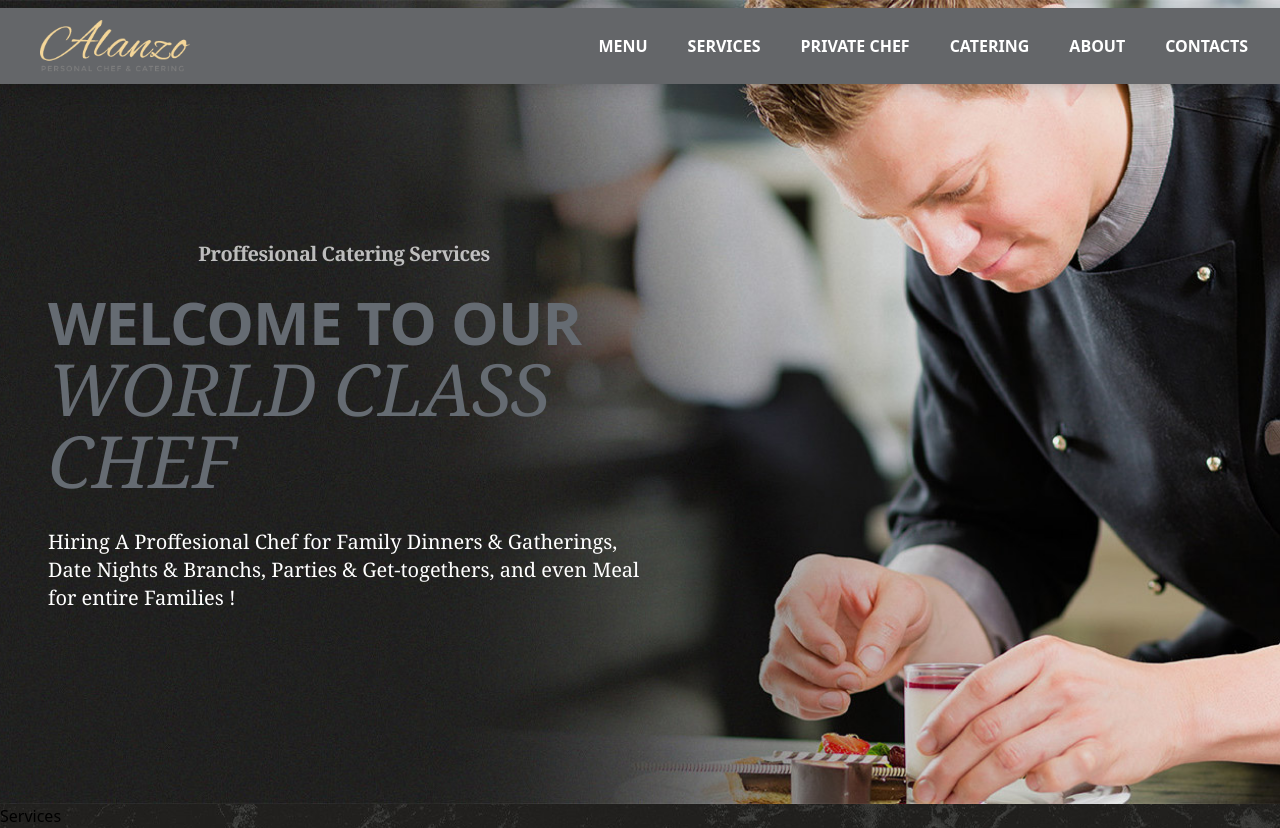
Repository: remydev47/alanzo
Page: /
An editor plug-in stored every save of this project. The page is shown before and after the next save, followed by the edit.
The browser window is 1280 px wide. The pictures show the whole page.
The project was rebuilt for these pictures with package versions that can differ from the ones it lists, and the page was loaded fresh each time. The framework's server and built-in components were replaced by stand-ins that run in the browser. Also part of the build but not shown: next.config.js, components/Aboutus.tsx, components/Consulting.tsx, components/Catering.tsx, components/Menu.tsx, components/Testimonials.tsx, components/CTA.tsx, components/Footer.tsx.

Above is the page before, as saved 2022-12-17 11:24:29.

### pages/_app.tsx
import '../styles/globals.css'
import type { AppProps } from 'next/app'
import Navbar from '../components/Navbar'

function MyApp({ Component, pageProps }: AppProps) {
  return (
    <>
      <Navbar />
      <Component {...pageProps} />
    </>
  )
}

export default MyApp

### pages/index.tsx
import type { NextPage } from 'next'
import Head from 'next/head'
import Image from 'next/image'
import { Hero, Services } from '../components'


const Home: NextPage = () => {
  return (
    <div className="bg-[url('/images/bg_2.jpg')]">
      <Head>
        <title>Avantos</title>
        <link rel="icon" href="/favicon.ico" />
      </Head>
      <Hero />
      <Services />

    </div>
  )
}

export default Home

### components/Navbar.tsx
import React from 'react';
import { navLinks } from '../constants';
import Menupopover from './Menupopover';
import Image from 'next/image';
import Logo from './Logo';
import { Button } from './Button';

const Navbar = () => {
  return (
    <header className="fixed inset-x-0 bg-[#646669] z-20 flex justify-between items-center py-2 px-2 shadow-lg dark:bg-slate-900 sm:py-3 sm:px-8 mt-2">
            <div className='flex grow-0 basis-1/3 md:hidden'>
                <Menupopover />
            </div>

             <div className='flex grow-0 ml-2 justify-center md:justify-start'>
                <Logo />

            </div>


            <ul className="list-none sm:flex hidden justify-end items-center flex-1">
            {navLinks.map((nav, index) => (
                <li
                key={nav.id}
                className={`font-bold cursor-pointer text-[16px]
                   ${index === navLinks.length - 1 ? 'mr-0' : 'mr-10'}
                  text-white `}
                >
                    <a>{nav.title}</a>
                </li>
            ))}
           </ul>


        </header>
  )
}

export default Navbar

### components/index.ts
import Hero from "./Hero";
import Services from "./Services";
import Aboutus from "./Aboutus";
import Consulting from "./Consulting";
import Catering from "./Catering";
import Menu from "./Menu";
import Testimonials from "./Testimonials";
import CTA from "./CTA";
import Footer from "./Footer";

export {
    Hero, Services, CTA, Catering, Consulting, Footer, Menu, Aboutus, Testimonials
}

### constants/index.ts
export const navLinks =[
    {
        id:"menu",
        title:"MENU",
    },
    {
        id:"services",
        title:"SERVICES",
    },
    {
        id:"privatechef",
        title:"PRIVATE CHEF",
    },
    {
        id:"catering",
        title:"CATERING",
    },
    {
        id:"aboutus",
        title:"ABOUT",
    },
    {
        id:"contacts",
        title:"CONTACTS",
    },
]

### components/Menupopover.tsx
import React, {useState, Fragment} from 'react';
import { navLinks } from '../constants';
import { IconButton, Button } from './Button';
import { Transition, Dialog } from '@headlessui/react';
import Logo from './Logo';
import Image from 'next/image';

const Menupopover = () => {
  const [isOpen, setIsOpen] = useState(false)

  return (
    <div>
    <IconButton
      variant='ghost'
      aria-label='menu'
      onClick={() => setIsOpen(!isOpen)}
    >
      <svg className='w-6 h-6 ' fill='none' stroke='currentColor'>
        <path
          strokeLinecap='round'
          strokeLinejoin='round'
          strokeWidth={2}
          d='M4 6h16M4 12h16M4 18h16'
        />
      </svg>
    </IconButton>
    <Transition
      show={isOpen}
      appear
      as={Fragment}
      enter='transform transition ease-in-out duration-300'
      enterFrom='-translate-x-full'
      enterTo='translate-x-0'
      leave='transform transition ease-in-out duration-300 delay-200'
      leaveFrom='translate-x-0'
      leaveTo='-translate-x-full'
     >
     <Dialog
       as='div'
       className={`fixed inset-0 z-50`}
       onClose={setIsOpen}
       open={isOpen}
       >
       <Transition.Child
         as={Fragment}
         enter='ease-out duration-300 delay-300'
         enterFrom='opacity-0'
         enterTo='opacity-100'
         leave='ease-in duration-200'
         leaveFrom='opacity-100'
         leaveTo='opacity-0'
       >

        <Dialog.Overlay
          className={`fixed inset-0 bg-black/20 backdrop-blur-sm dark:bg-gray-900/80`}
         />
      </Transition.Child>
       <div className={styles.dialogcontainer}>
        <a className='mx-auto mt-4 flex w-[140px] '>
          <Logo />
        </a>
        <ul
            className={styles.navWrapper2}
         >
            {navLinks.map((nav, index) => (
                <li
                 key={nav.id}
                 className={` font-bold cursor-pointer text-[16px]
                  mt-2 border-t border-slate-200 py-4 dark:border-slate-600
                  ${index === navLinks.length - 1 ? 'mr-0' : 'mb-4'}
                  text-white `}
                >
                 <a href={`#${nav.id}`}>
                    {nav.title}
                 </a>
                </li>
             ))}
         </ul>

        <IconButton
          variant='ghost'
          aria-label='close menu'
          className='absolute top-5 right-5'
          onClick={() => setIsOpen(false)}
        >
          <svg
            viewBox='0 0 10 10'
            className='h-2.5 w-2.5 overflow-visible'
            aria-hidden='true'
          >
            <path
                d='M0 0L10 10M10 0L0 10'
                fill='none'
                stroke='currentColor'
                strokeWidth='2'
                strokeLinecap='round'
              />
          </svg>
        </IconButton>
       </div>
     </Dialog>
    </Transition>
  </div>
  )
}

export default Menupopover;

const styles ={
  dialogcontainer:`fixed top-0 bottom-0 left-0 w-full max-w-xs rounded-r-xl bg-[#092341] p-6 shadow-lg dark:bg-gray-800`,
  menuitems:`group relative flex h-9 items-center oveflow-hidden rounded-md hover:bg-slate-200/50`,
  navWrapper2:`list-none flex flex-col justify-end items-center flex-1`,
}

### components/Logo.tsx
import React from 'react'
import Image from 'next/image'

const Logo = () => {
  return (
    <div>
      <Image
        src='/images/logo.png'
        alt='Alanzo'
        height={60}
        width={150}
      />
    </div>
  )
}

export default Logo

### components/Hero.tsx
import React from 'react'

const Hero = () => {
  return (
    <section className='relative pt-48 pb-12 xl:pt-60 sm:pb-16 lg:pb-32 xl:pb-48 2xl:pb-56'>
    <div className="absolute inset-0">
     <img className="object-cover w-full h-full" src="/images/hero.jpg" alt="" />
    </div>
   <div className='relative'>
    <div className="px-6 mx-auto sm:px-8 lg:px-12 max-w-7xl">
      <div className="w-full lg:w-2/3 xl:w-1/2">
        <h1 className="font-serif text-xl font-bold tracking-tight text-white text-opacity-70 text-center">Proffesional Catering Services</h1>
        <p className="mt-6 tracking-tighter text-[#656b72]">
          <span className="font-sans font-bold text-6xl">WELCOME TO OUR </span><br />
          <span className="font-serif italic font-BOLD text-7xl">WORLD CLASS CHEF</span>
        </p>
        <p className="mt-8 font-erif text-xl font-serif text-[#fff]">
          Hiring A Proffesional Chef for Family Dinners & Gatherings, Date Nights & Branchs, Parties & Get-togethers, and even Meal for entire Families !
        </p>
      </div>
    </div>
   </div>
  </section>
  )
}

export default Hero

### components/Button/index.tsx
import React, { forwardRef } from "react";
//import { __DEV__ } from "../../utils/assertions";

type BaseButtonProps = Omit<React.HTMLProps<HTMLButtonElement>, "size">;

/* === Button Element === */

export interface ButtonProps extends BaseButtonProps {
  children: React.ReactNode;
  fullWidth?: boolean;
  className?: string;
  variant?: "solid" | "outline" | "ghost";
  size?: "sm" | "md" | "lg";
  as?: string;
  isExternal?: boolean;
  type?: "button" | "submit" | "reset";
}

export const Button = forwardRef<HTMLButtonElement, ButtonProps>(
  (
    {
      children,
      variant = "solid",
      size = "md",
      fullWidth = false,
      className,
      as = "button",
      isExternal = false,
      ...rest
    },
    ref
  ) => {
    let tempClassNames: string[] = [];

    const sharedClasses = [
      "capitalize",
      "focus:outline-none",
      "focus:ring-2",
      "focus:ring-indigo-400",
      "focus:ring-offset-2",
      "focus:ring-offset-indigo-50",
      "font-semibold",
      "rounded-full",
      "inline-flex",
      "flex-shrink-0",
      "items-center",
      "justify-center",
      "transition-colors",
      "ease-in-out",
      "duration-500",
    ];

    if (fullWidth) sharedClasses.push("w-full");

    // handle variants
    let btnSolid = ["bg-indigo-600", "hover:bg-indigo-700", "text-white"];
    let btnOutline = [
      "dark:text-white",
      "hover:text-indigo-700",
      "hover:dark:text-indigo-700",
      "bg-transparent",
      "hover:bg-indigo-50",
      "border",
      "border-indigo-600",
    ];
    let btnGhost = [
      "bg-transparent",
      "dark:text-white",
      "hover:bg-indigo-50",
      "hover:text-indigo-700",
      "hover:dark:text-indigo-700",
    ];

    if (variant === "solid") {
      tempClassNames = [...sharedClasses, ...btnSolid];
    } else if (variant === "outline") {
      tempClassNames = [...sharedClasses, ...btnOutline];
    } else if (variant === "ghost") {
      tempClassNames = [...sharedClasses, ...btnGhost];
    }

    // handle sizes
    let sizeSm = ["h-8", "px-2", "text-sm"];
    let sizeMd = ["h-10", "px-3"];
    let sizeLg = ["h-12", "px-4", "text-lg"];

    if (size === "sm") {
      tempClassNames = [...tempClassNames, ...sizeSm];
    } else if (size === "md") {
      tempClassNames = [...tempClassNames, ...sizeMd];
    } else if (size === "lg") {
      tempClassNames = [...tempClassNames, ...sizeLg];
    }

    let classes = tempClassNames.join(" ");

    let Element = as ? (
      React.createElement(
        as,
        {
          className: `${classes} ${className}`,
          target: isExternal ? "_blank" : undefined,
          rel: isExternal ? "noopener noreferrer" : undefined,
          ref,
          ...rest,
        },
        children
      )
    ) : (
      <button {...rest} className={`${classes} ${className}`} ref={ref}>
        {children}
      </button>
    );

    return Element;
  }
);

// if (__DEV__) {
//   Button.displayName = "Button";
// }

/* === IconButton Element === */

export interface IconButtonProps extends ButtonProps {
  icon?: React.ReactElement;
  "aria-label": string;
}

export const IconButton = forwardRef<HTMLButtonElement, IconButtonProps>(
  (
    {
      children,
      icon,
      className,
      "aria-label": ariaLabel,
      size = "md",
      ...rest
    },
    ref
  ) => {
    let sharedClasses = ["rounded-full", "!px-0"];

    // handle sizes
    let sizeSm = ["w-8"];
    let sizeMd = ["w-10"];
    let sizeLg = ["w-12"];

    if (size === "sm") {
      sharedClasses = [...sharedClasses, ...sizeSm];
    } else if (size === "md") {
      sharedClasses = [...sharedClasses, ...sizeMd];
    } else if (size === "lg") {
      sharedClasses = [...sharedClasses, ...sizeLg];
    }

    /**
     * Passing the icon as prop or children should work
     */
    const element = icon || children;
    const _children = React.isValidElement(element)
      ? React.cloneElement(element as any, {
          "aria-hidden": true,
          focusable: false,
        })
      : null;

    let classes = sharedClasses.join(" ");
    return (
      <Button
        className={`${classes} ${className}`}
        aria-label={ariaLabel}
        size={size}
        {...rest}
        ref={ref}
      >
        {_children}
      </Button>
    );
  }
)

### tailwind.config.js
/** @type {import('tailwindcss').Config} */
module.exports = {
  content: [
    './pages/**/*.{js,ts,jsx,tsx}',
    './components/**/*.{js,ts,jsx,tsx}',
  ],
  theme: {
    extend: {
      backgroundImage: {
        'bg_2': "url('/images/bg_2.jpg')",
      },
      colors: {
        'primary-black': '#1A232E',
        'secondary-white': '#c7c7c7',
      },
    },
  },
  plugins: [],
}

Loaded but not shown: styles/globals.css (common file); components/Services.tsx (common file)

After the next save:
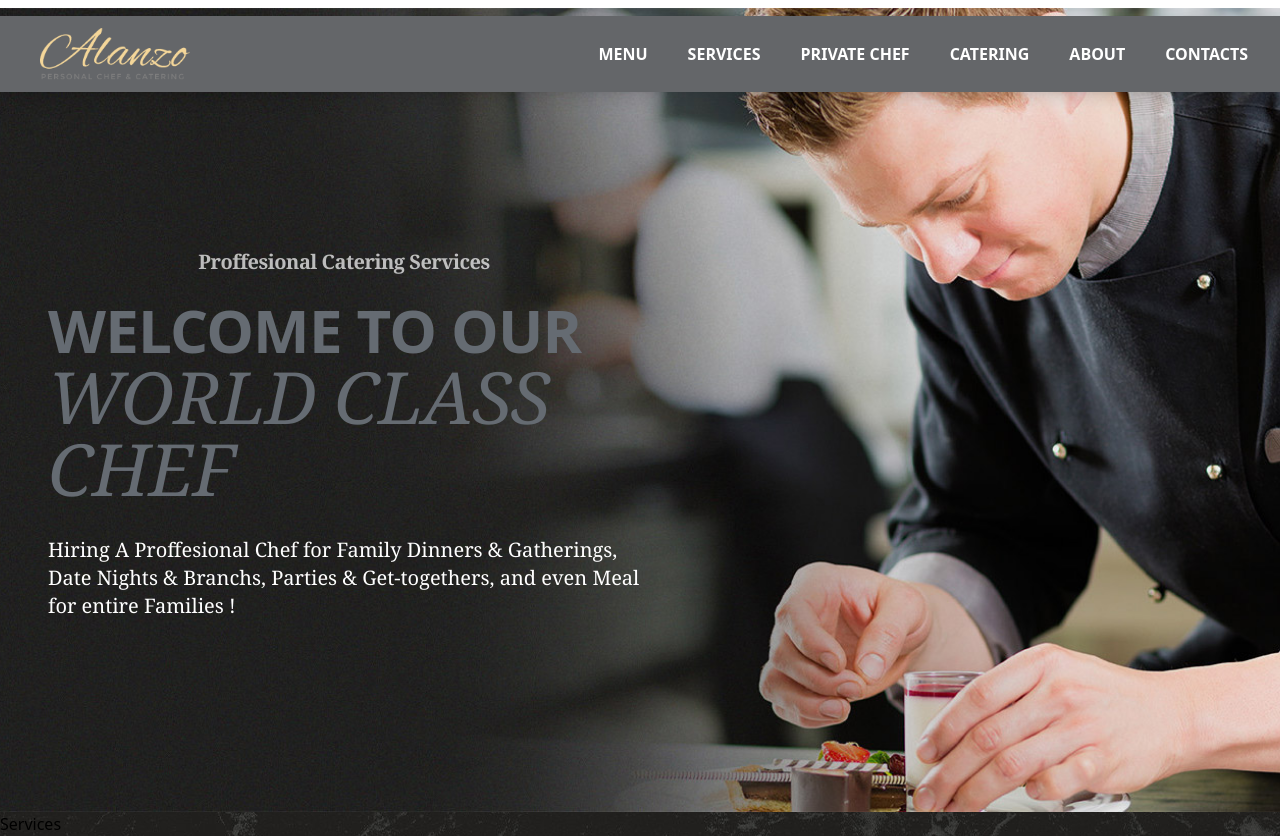
Saved 34 s later.
--- a/components/Hero.tsx
+++ b/components/Hero.tsx
@@ -2,7 +2,7 @@
 
 const Hero = () => {
   return (
-    <section className='relative pt-48 pb-12 xl:pt-60 sm:pb-16 lg:pb-32 xl:pb-48 2xl:pb-56'>
+    <section className='relative pt-48 pb-12 xl:pt-60 sm:pb-16 lg:pb-32 xl:pb-48 2xl:pb-56 mt-2'>
     <div className="absolute inset-0">
      <img className="object-cover w-full h-full" src="/images/hero.jpg" alt="" />
     </div>
